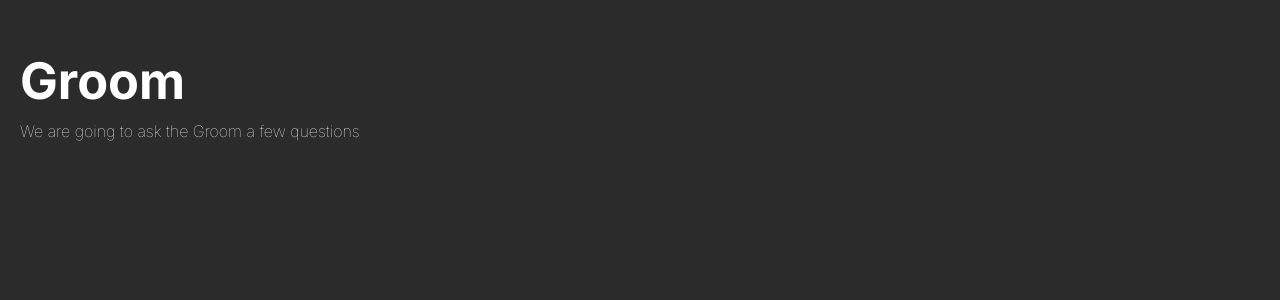
Repository: devhabeeblateef/tictactoe
Page: /
These files come from the project's save history. The page is drawn as it stood at one moment and after the next save; the edit follows.
The browser window is 1280 px wide. The pictures show the whole page.
The project was rebuilt for these pictures with package versions that can differ from the ones it lists, and the page was loaded fresh each time. Also part of the build but not shown: src/App.css.

Above is the page before, as saved 2022-06-17 01:02:08.

After the next save:
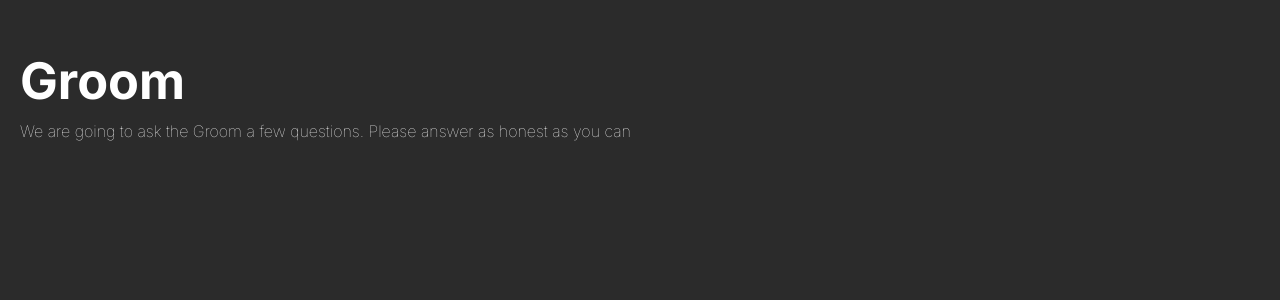
Saved 19 s later.
--- a/src/Form.js
+++ b/src/Form.js
@@ -8,7 +8,8 @@ function Form() {
             Groom
         </h1>
         <p className={classes.home__info}>
-        We are going to ask the Groom a few questions
+        We are going to ask the Groom a few questions.
+        Please answer as honest as you can
         </p>
     </div>
   )
